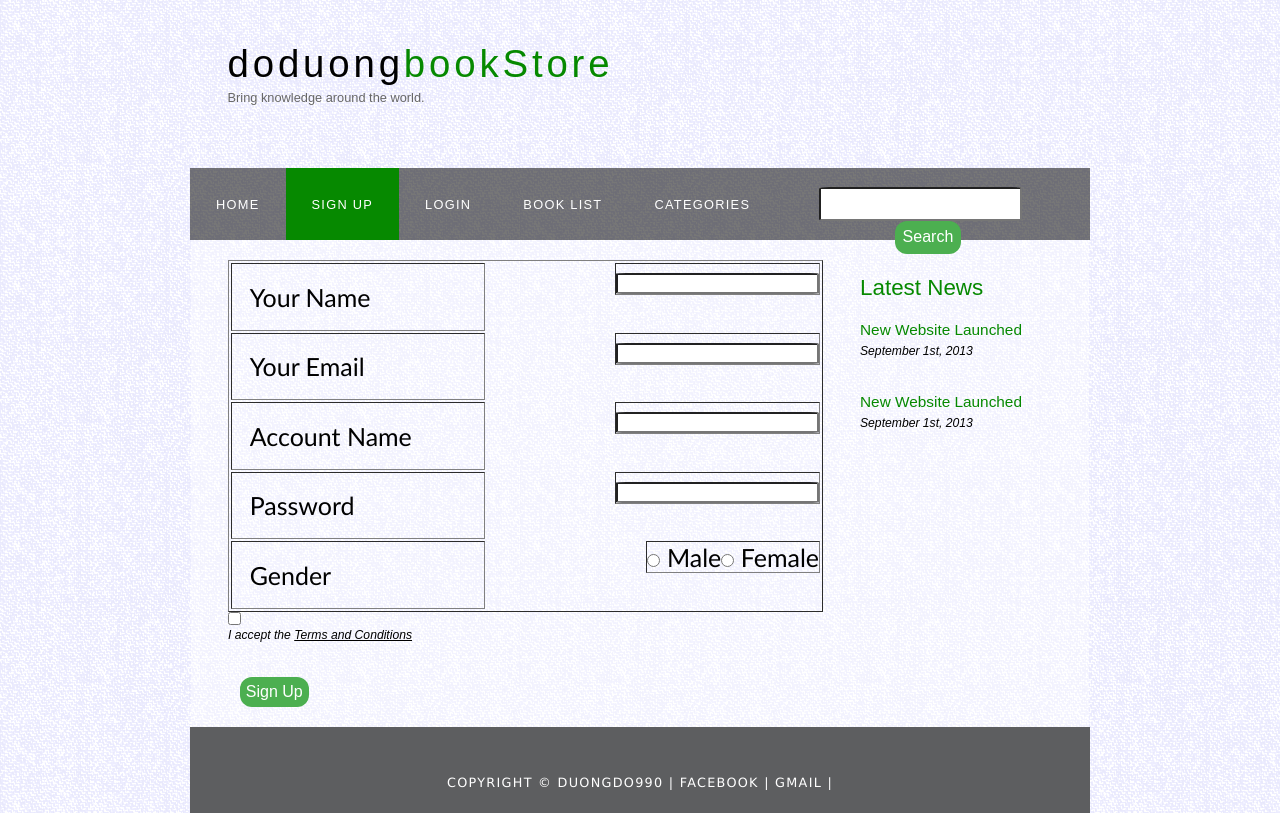
Repository: ngttuyen/JavaWeb
Page: http://localhost/MyWebsite/signup.jsp
An editor plug-in stored every save of this project. The page is shown before and after the next save, followed by the edit.
The browser window is 1280 px wide. The pictures show the whole page.
The page is served by Tomcat 9.

Above is the page before, as saved 2019-06-01 12:53:30.

After the next save:
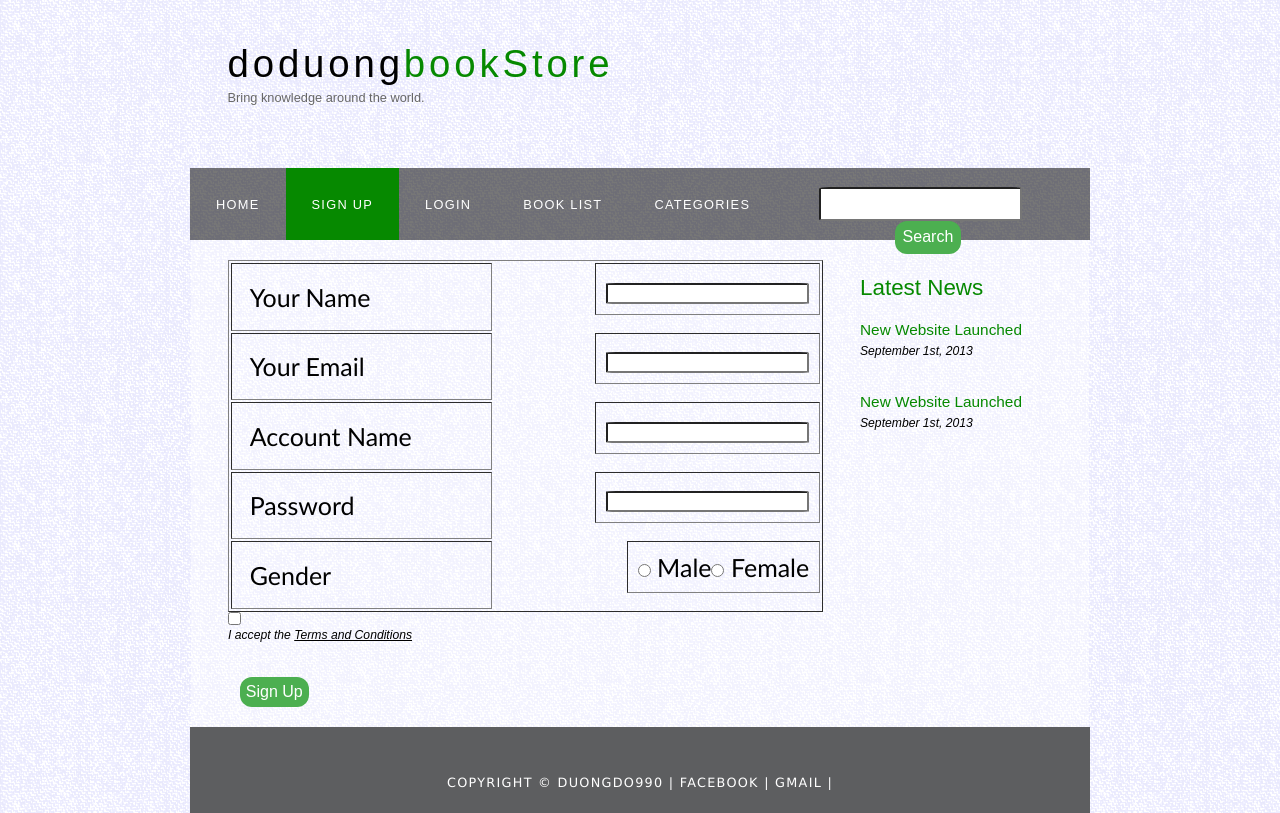
Saved 17 s later.
--- a/MyWebsite/WebContent/styles/style.css
+++ b/MyWebsite/WebContent/styles/style.css
@@ -266,5 +266,5 @@ td{
 	padding: 3% 3% 3% 3%;
 }
 .right{
-	padding: 0;
-}
+	margin: 0;
+}
